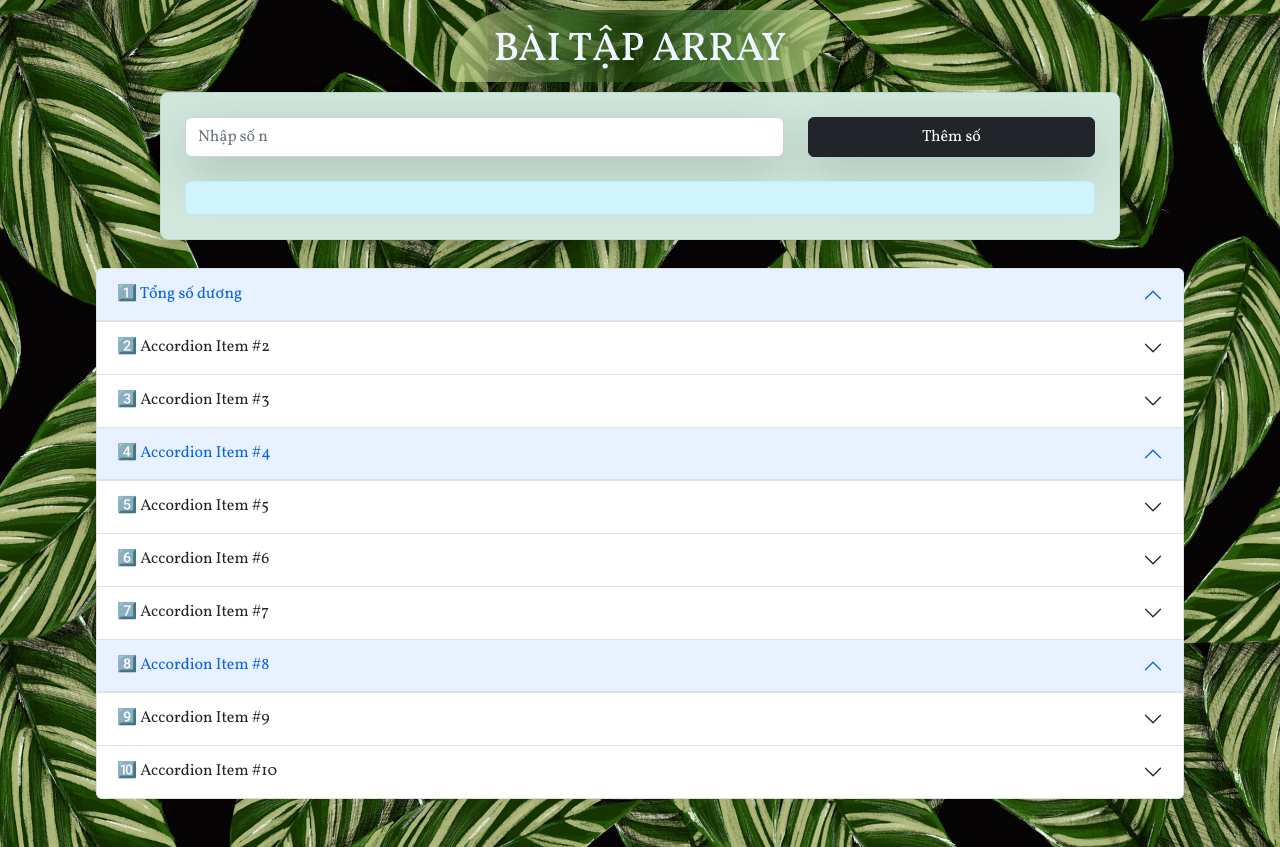
Repository: hcozyph/TranHuuPhuoc_BC43_BT_JS_Buoi7_8_ARRAY
Page: index.html
An editor plug-in stored every save of this project. The page is shown before and after the next save, followed by the edit.
The browser window is 1280 px wide. The pictures show the whole page.
Backgrounds fixed to the window are drawn as part of the page.

Above is the page before, as saved 2023-02-23 17:51:10.

### index.html
<!DOCTYPE html>
<html lang="en">
    <head>
        <title>BT Array</title>
        <!-- Required meta tags -->
        <meta charset="utf-8" />
        <meta
            name="viewport"
            content="width=device-width, initial-scale=1, shrink-to-fit=no"
        />
        <!-- font -->
        <link rel="preconnect" href="https://fonts.googleapis.com" />
        <link rel="preconnect" href="https://fonts.gstatic.com" crossorigin />
        <link
            href="https://fonts.googleapis.com/css2?family=Fraunces:ital,opsz,wght@0,9..144,600;0,9..144,700;1,9..144,300;1,9..144,400;1,9..144,500;1,9..144,600;1,9..144,700;1,9..144,800&family=Vollkorn:ital,wght@0,400;0,500;0,600;0,700;0,800;0,900;1,400;1,500;1,600;1,700;1,800;1,900&display=swap"
            rel="stylesheet"
        />
        <!-- Bootstrap CSS v5.2.1 -->
        <link
            href="https://cdn.jsdelivr.net/npm/bootstrap@5.2.1/dist/css/bootstrap.min.css"
            rel="stylesheet"
            integrity="sha384-iYQeCzEYFbKjA/T2uDLTpkwGzCiq6soy8tYaI1GyVh/UjpbCx/TYkiZhlZB6+fzT"
            crossorigin="anonymous"
        />

        <!-- index.css -->
        <link rel="stylesheet" href="./css/index.css" />
    </head>

    <body>
        <div class="container">
            <div class="bt-array-top">
                <div class="bt-array-title pt-2 shadow-lg">
                    <h1 class="text-center shadow-lg p-2" ;>BÀI TẬP ARRAY</h1>
                </div>

                <div
                    id="mainArray"
                    class="alert alert-success rounded-3 shadow p-4"
                    style="margin: 10px auto; width: 75%"
                >
                    <div class="row row-cols-3">
                        <div class="col-8">
                            <input
                                id="user-input"
                                type="number"
                                class="form-control shadow-lg py-2"
                                placeholder="Nhập số n"
                                style="height: 100%"
                            />
                        </div>
                        <div class="col">
                            <button
                                id="user-btn"
                                class="btn btn-dark shadow-lg"
                                style="height: 100%; width: 100%"
                            >
                                Thêm số
                            </button>
                        </div>
                    </div>

                    <div
                        class="alert alert-info mt-4 mb-0 text-break"
                        style="display: block"
                        role="alert"
                    >
                        <span id="user-array"></span>
                    </div>
                </div>
            </div>

            <div
                class="bt-array-content p-xl-5 p-4 mx-5 rounded-3 w-xl-50"
                style="margin: 0 auto"
            >
                <div class="accordion" id="accordionExample">
                    <!-- Task 1: Tính tổng số dương -->
                    <div class="accordion-item" id="bt1">
                        <h2 class="accordion-header" id="headingOne">
                            <button
                                class="accordion-button"
                                type="button"
                                data-bs-toggle="collapse"
                                data-bs-target="#collapseOne"
                                aria-expanded="true"
                                aria-controls="collapseOne"
                            >
                                1️⃣ Tổng số dương
                            </button>
                        </h2>
                        <div
                            id="collapseOne"
                            class="accordion-collapse collapse"
                            aria-labelledby="headingOne"
                            data-bs-parent="#accordionExample"
                        >
                            <div class="accordion-body row py-2">
                                <div class="col-12 my-3">
                                    <button class="btn btn-success w-25 py-2">
                                        Tính tổng
                                    </button>
                                </div>

                                <div class="col">
                                    <div
                                        class="alert alert-success py-4 mt-2"
                                    ></div>
                                </div>
                            </div>
                        </div>
                    </div>
                    <!-- End-Task 1 -->

                    <!-- Task 2 -->
                    <div class="accordion-item">
                        <h2 class="accordion-header" id="headingTwo">
                            <button
                                class="accordion-button collapsed"
                                type="button"
                                data-bs-toggle="collapse"
                                data-bs-target="#collapseTwo"
                                aria-expanded="false"
                                aria-controls="collapseTwo"
                            >
                                2️⃣ Accordion Item #2
                            </button>
                        </h2>
                        <div
                            id="collapseTwo"
                            class="accordion-collapse collapse"
                            aria-labelledby="headingTwo"
                            data-bs-parent="#accordionExample"
                        >
                            <div class="accordion-body">
                                <strong
                                    >This is the second item's accordion
                                    body.</strong
                                >
                            </div>
                        </div>
                    </div>
                    <!-- End-Task 2 -->

                    <!-- Task 3 -->
                    <div class="accordion-item">
                        <h2 class="accordion-header" id="headingThree">
                            <button
                                class="accordion-button collapsed"
                                type="button"
                                data-bs-toggle="collapse"
                                data-bs-target="#collapseThree"
                                aria-expanded="false"
                                aria-controls="collapseThree"
                            >
                                3️⃣ Accordion Item #3
                            </button>
                        </h2>
                        <div
                            id="collapseThree"
                            class="accordion-collapse collapse"
                            aria-labelledby="headingThree"
                            data-bs-parent="#accordionExample"
                        >
                            <div class="accordion-body">
                                <strong
                                    >This is the third item's accordion
                                    body.</strong
                                >
                            </div>
                        </div>
                    </div>
                    <!-- End-Task 3 -->

                    <!-- Task 4 -->
                    <div class="accordion-item">
                        <h2 class="accordion-header" id="headingFour">
                            <button
                                class="accordion-button"
                                type="button"
                                data-bs-toggle="collapse"
                                data-bs-target="#collapseFour"
                                aria-expanded="true"
                                aria-controls="collapseFour"
                            >
                                4️⃣ Accordion Item #4
                            </button>
                        </h2>
                        <div
                            id="collapseFour"
                            class="accordion-collapse collapse"
                            aria-labelledby="headingFour"
                            data-bs-parent="#accordionExample"
                        >
                            <div class="accordion-body">
                                <strong
                                    >This is the first item's accordion
                                    body.</strong
                                >
                            </div>
                        </div>
                    </div>
                    <!-- End-Task 4 -->

                    <!-- Task 5 -->
                    <div class="accordion-item">
                        <h2 class="accordion-header" id="headingFive">
                            <button
                                class="accordion-button collapsed"
                                type="button"
                                data-bs-toggle="collapse"
                                data-bs-target="#collapseFive"
                                aria-expanded="false"
                                aria-controls="collapseFive"
                            >
                                5️⃣ Accordion Item #5
                            </button>
                        </h2>
                        <div
                            id="collapseFive"
                            class="accordion-collapse collapse"
                            aria-labelledby="headingFive"
                            data-bs-parent="#accordionExample"
                        >
                            <div class="accordion-body">
                                <strong
                                    >This is the second item's accordion
                                    body.</strong
                                >
                            </div>
                        </div>
                    </div>
                    <!-- End-Task 5 -->

                    <!-- Task 6 -->
                    <div class="accordion-item">
                        <h2 class="accordion-header" id="headingSix">
                            <button
                                class="accordion-button collapsed"
                                type="button"
                                data-bs-toggle="collapse"
                                data-bs-target="#collapseSix"
                                aria-expanded="false"
                                aria-controls="collapseSix"
                            >
                                6️⃣ Accordion Item #6
                            </button>
                        </h2>
                        <div
                            id="collapseSix"
                            class="accordion-collapse collapse"
                            aria-labelledby="headingSix"
                            data-bs-parent="#accordionExample"
                        >
                            <div class="accordion-body">
                                <strong
                                    >This is the third item's accordion
                                    body.</strong
                                >
                            </div>
                        </div>
                    </div>
                    <!-- End-Task 6 -->

                    <!-- Task 7 -->
                    <div class="accordion-item">
                        <h2 class="accordion-header" id="headingSeven">
                            <button
                                class="accordion-button collapsed"
                                type="button"
                                data-bs-toggle="collapse"
                                data-bs-target="#collapseSeven"
                                aria-expanded="false"
                                aria-controls="collapseSeven"
                            >
                                7️⃣ Accordion Item #7
                            </button>
                        </h2>
                        <div
                            id="collapseSeven"
                            class="accordion-collapse collapse"
                            aria-labelledby="headingSeven"
                            data-bs-parent="#accordionExample"
                        >
                            <div class="accordion-body">
                                <strong
                                    >This is the third item's accordion
                                    body.</strong
                                >
                            </div>
                        </div>
                    </div>
                    <!-- End-Task 7 -->

                    <!-- Task 8 -->
                    <div class="accordion-item">
                        <h2 class="accordion-header" id="headingEight">
                            <button
                                class="accordion-button"
                                type="button"
                                data-bs-toggle="collapse"
                                data-bs-target="#collapseEight"
                                aria-expanded="true"
                                aria-controls="collapseEight"
                            >
                                8️⃣ Accordion Item #8
                            </button>
                        </h2>
                        <div
                            id="collapseEight"
                            class="accordion-collapse collapse"
                            aria-labelledby="headingEight"
                            data-bs-parent="#accordionExample"
                        >
                            <div class="accordion-body">
                                <strong
                                    >This is the first item's accordion
                                    body.</strong
                                >
                            </div>
                        </div>
                    </div>
                    <!-- End-Task 8 -->

                    <!-- Task 9 -->
                    <div class="accordion-item">
                        <h2 class="accordion-header" id="headingNine">
                            <button
                                class="accordion-button collapsed"
                                type="button"
                                data-bs-toggle="collapse"
                                data-bs-target="#collapseNine"
                                aria-expanded="false"
                                aria-controls="collapseNine"
                            >
                                9️⃣ Accordion Item #9
                            </button>
                        </h2>
                        <div
                            id="collapseNine"
                            class="accordion-collapse collapse"
                            aria-labelledby="headingNine"
                            data-bs-parent="#accordionExample"
                        >
                            <div class="accordion-body">
                                <strong
                                    >This is the second item's accordion
                                    body.</strong
                                >
                            </div>
                        </div>
                    </div>
                    <!-- End-Task 9 -->

                    <!-- Task 10 -->
                    <div class="accordion-item">
                        <h2 class="accordion-header" id="headingTen">
                            <button
                                class="accordion-button collapsed"
                                type="button"
                                data-bs-toggle="collapse"
                                data-bs-target="#collapseTen"
                                aria-expanded="false"
                                aria-controls="collapseTen"
                            >
                                🔟 Accordion Item #10
                            </button>
                        </h2>
                        <div
                            id="collapseTen"
                            class="accordion-collapse collapse"
                            aria-labelledby="headingTen"
                            data-bs-parent="#accordionExample"
                        >
                            <div class="accordion-body">
                                <strong
                                    >This is the third item's accordion
                                    body.</strong
                                >
                            </div>
                        </div>
                    </div>
                    <!-- End-Task 10 -->
                </div>
            </div>
        </div>

        <!-- Bootstrap JavaScript Libraries -->
        <script
            src="https://cdn.jsdelivr.net/npm/@popperjs/core@2.11.6/dist/umd/popper.min.js"
            integrity="sha384-oBqDVmMz9ATKxIep9tiCxS/Z9fNfEXiDAYTujMAeBAsjFuCZSmKbSSUnQlmh/jp3"
            crossorigin="anonymous"
        ></script>

        <script
            src="https://cdn.jsdelivr.net/npm/bootstrap@5.2.1/dist/js/bootstrap.min.js"
            integrity="sha384-7VPbUDkoPSGFnVtYi0QogXtr74QeVeeIs99Qfg5YCF+TidwNdjvaKZX19NZ/e6oz"
            crossorigin="anonymous"
        ></script>

        <!-- method.js -->
        <link rel="stylesheet" href="./js/method.js" />

        <!-- index.js -->
        <script src="./js/index.js"></script>
    </body>
</html>

### css/index.css
* {
    margin: 0;
    padding: 0;
    box-sizing: border-box;
    font-family: "Fraunces", serif;
    font-family: "Vollkorn", serif;
}

.container {
    margin: 0 auto;
    max-width: 1440px;
    overflow: hidden;
    padding: 0;

    background-image: url(../img/2.jpg);
    background-size: cover;
    background-position: inherit;
    background-repeat: no-repeat;
    background-attachment: fixed;

    /* height: 1000px; */
    position: relative;
}

.bt-array-top {
    position: fixed;
    width: 100%;
    padding-top: 10px;
    background-color: red;

    background-image: url(../img/2.jpg);
    background-size: cover;
    background-position: inherit;
    background-repeat: no-repeat;
    background-attachment: fixed;
    z-index: 5;
}

.bt-array-title {
    display: block;
    width: 380px;
    margin: 0 auto;
    border-radius: 80px 10px 80px 10px;

    font-size: 40px;
    font-weight: 700;
    /* background-color: red; */
    color: aliceblue;
    background: rgb(156, 173, 110);
    background: linear-gradient(
        90deg,
        rgba(198, 219, 142, 0.75) 0%,
        rgba(156, 173, 110, 0.75) 10%,
        rgba(60, 94, 39, 0.75) 25%,
        rgba(68, 112, 49, 0.75) 29%,
        rgba(27, 57, 5, 0.75) 49%,
        rgba(66, 114, 50, 0.75) 63%,
        rgba(90, 139, 69, 0.75) 74%,
        rgba(184, 203, 130, 0.75) 95%
    );
}

.bt-array-content {
    padding-top: 280px;
}
.accordion {
    padding-top: 220px;
}

.accordion-button:focus {
    border: none;
    box-shadow: none;
}

### js/index.js
/* function getElementByID*/
function ID(n) {
    return document.getElementById("n");
}

/* End-function getElementByID*/

/*create-array*/
var mainArray = [];

document.getElementById("user-btn").onclick = function () {
    //input: userInput
    var userInput = Number(document.getElementById("user-input").value);

    //output: mainArray

    //process
    mainArray.push(userInput);

    document.getElementById("user-array").innerHTML = mainArray;
};

/*End-create-array*/

Loaded but not shown: js/method.js (no stored copy; drawn as an empty file)

After the next save:
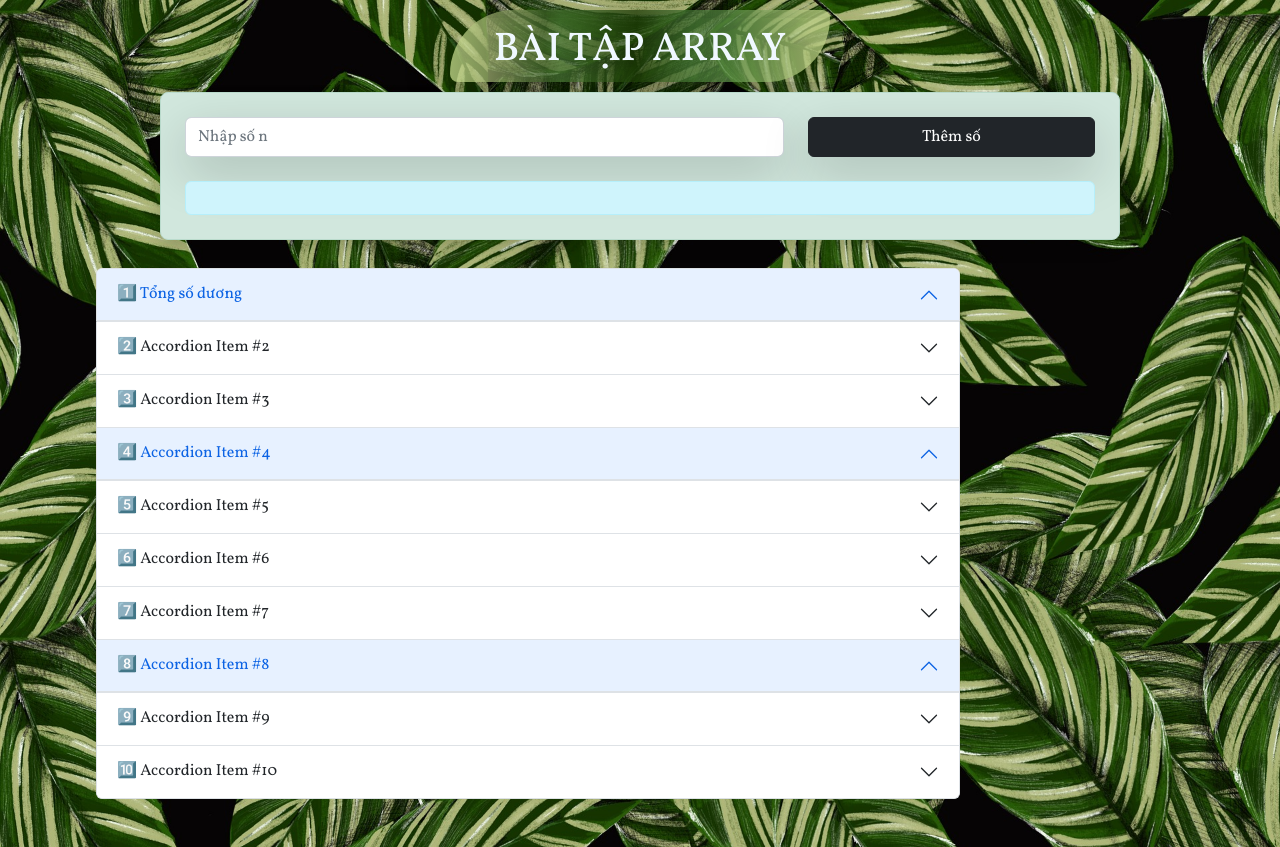
Saved 6 s later.
--- a/index.html
+++ b/index.html
@@ -71,7 +71,7 @@
             </div>
 
             <div
-                class="bt-array-content p-xl-5 p-4 mx-5 rounded-3 w-xl-50"
+                class="bt-array-content p-xl-5 p-4 mx-5 rounded-3 w-xl-50 w-75"
                 style="margin: 0 auto"
             >
                 <div class="accordion" id="accordionExample">

After the save that followed:
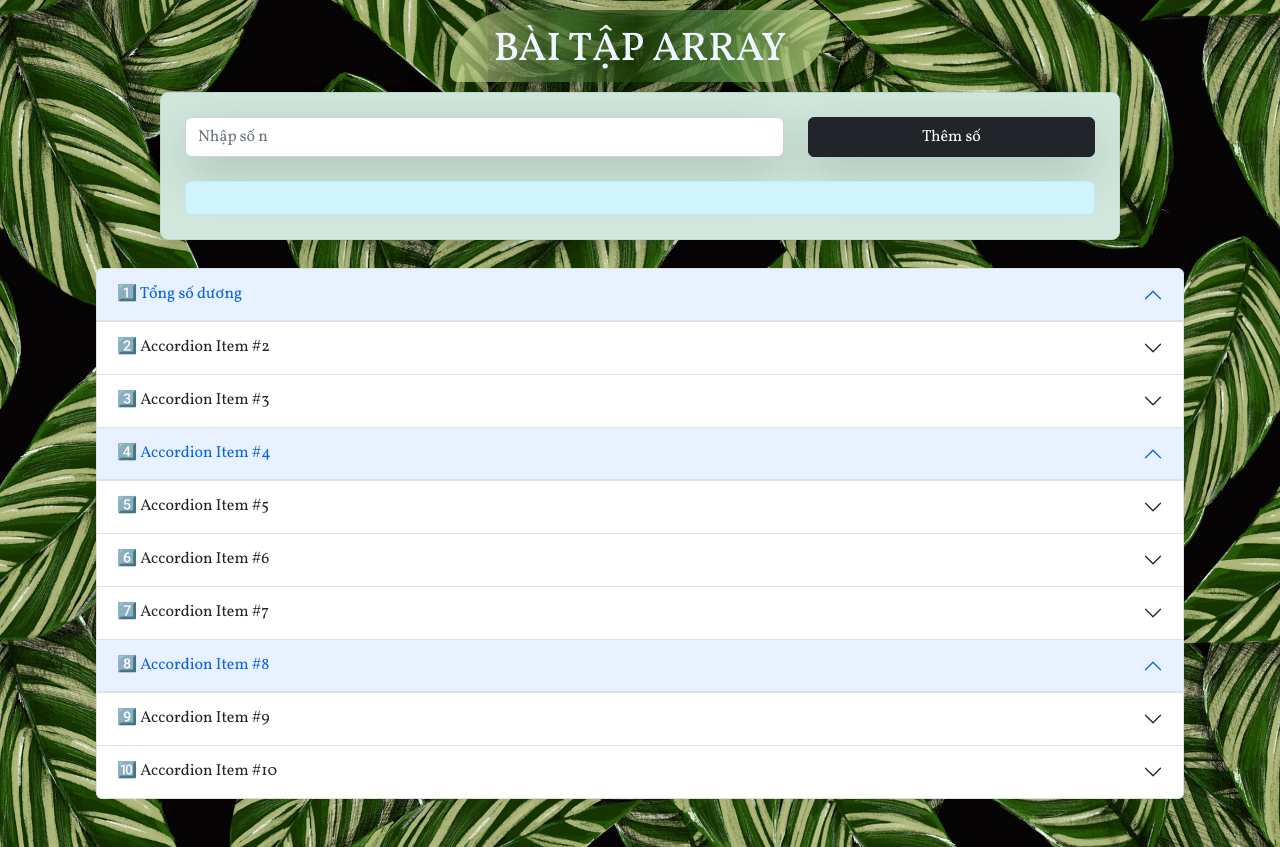
Saved 28 s later.
--- a/index.html
+++ b/index.html
@@ -70,10 +70,7 @@
                 </div>
             </div>
 
-            <div
-                class="bt-array-content p-xl-5 p-4 mx-5 rounded-3 w-xl-50 w-75"
-                style="margin: 0 auto"
-            >
+            <div class="bt-array-content p-xl-5 p-4 mx-5 rounded-3 w-xl-50">
                 <div class="accordion" id="accordionExample">
                     <!-- Task 1: Tính tổng số dương -->
                     <div class="accordion-item" id="bt1">
